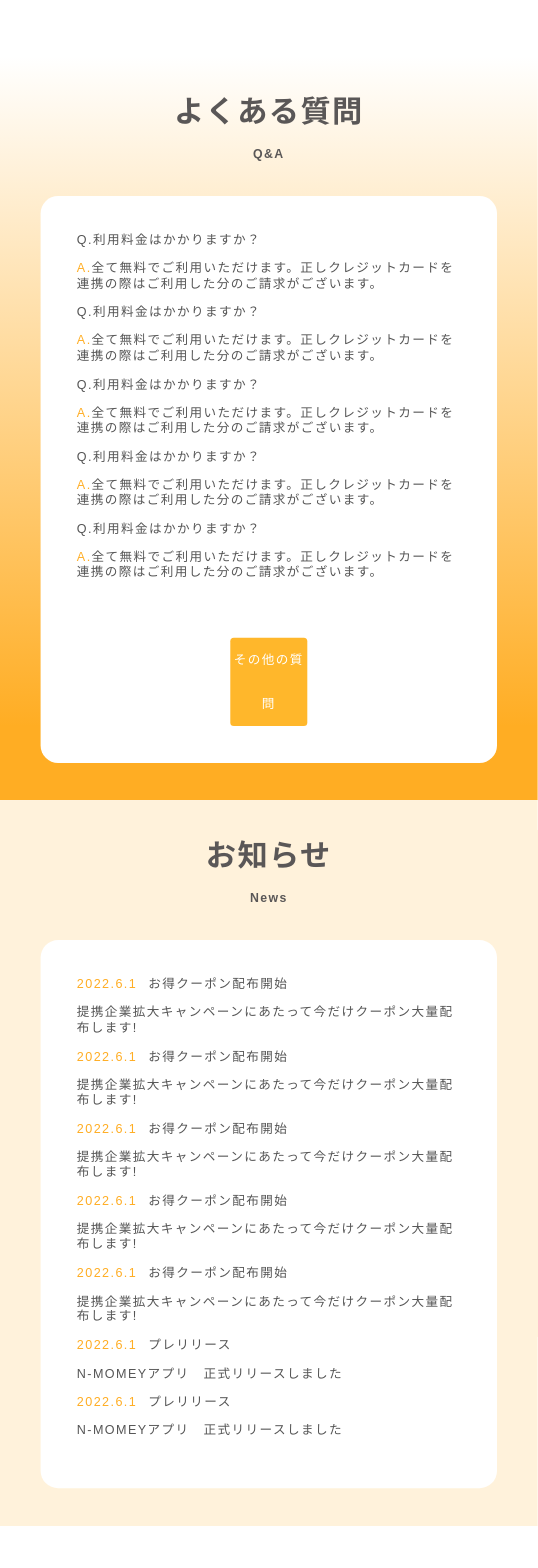
Repository: nozomi-23/lp2_test
Page: index.html
An editor plug-in stored every save of this project. The page is shown before and after the next save, followed by the edit.
The browser window is 768 px wide. The pictures show the part of the page from y = 4260 to 6500 px (the page is 7054 px tall before and 6991 px after), at 70% of full size.
Some web fonts or font styles are not loaded; a fallback is used.

Above is the page before, as saved 2022-06-19 15:00:26.

After the next save:
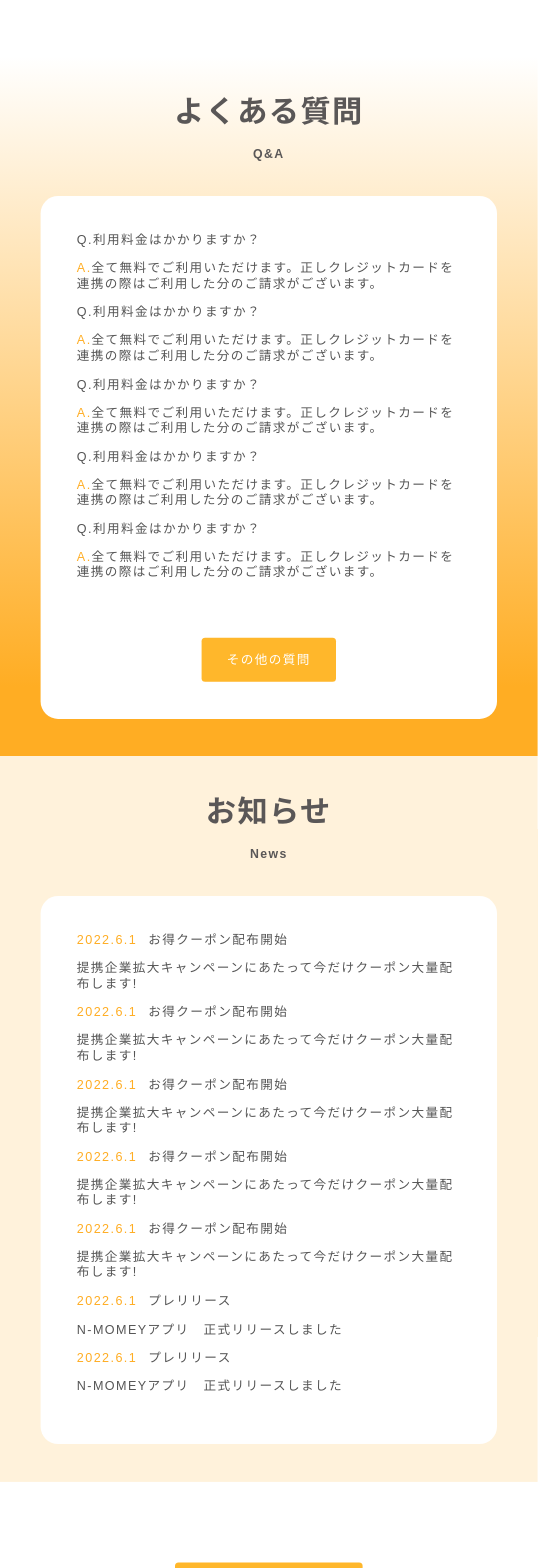
Saved 34 s later.
--- a/css/common.css
+++ b/css/common.css
@@ -413,4 +413,7 @@
     margin: 0 auto;
     margin-bottom: 10%;
   }
-}
+  .btn {
+    width: 35%;
+  }
+}
